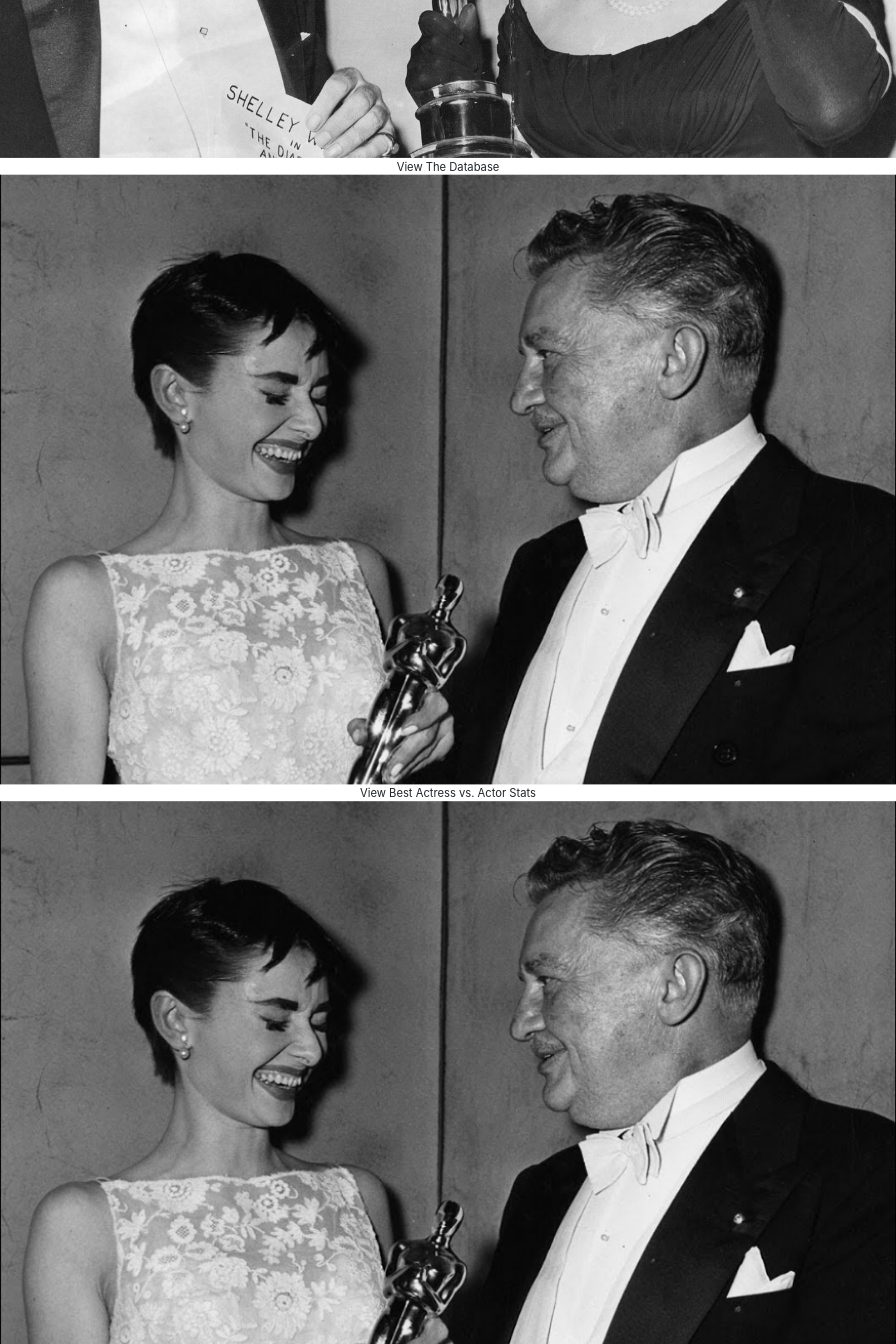
Repository: JackFino/Academy-Awards-Database
Page: html/index.html
The author's editor kept a record of every edit. The page is drawn from the files as they stood at one moment, then again after the next edit.
The browser window is 1280 px wide. The pictures show the part of the page from y = 601 to 2521 px (the page is 2640 px tall before and 2524 px after), at 70% of full size.

Above is the page before.

### html/index.html
<!DOCTYPE html>
<html lang="en">

<head>
    <meta charset="UTF-8">
    <meta name="viewport" content="width=device-width, initial-scale=1.0">
    <meta http-equiv="X-UA-Compatible" content="ie=edge">
    <title>Academy Awards Database Homepage </title>

    <link rel="stylesheet" href="../css/style.css" type="text/css" />
    <link rel="stylesheet" href="../plugs/bootstrap.min.css" type="text/css" />
    <link rel="stylesheet" href="../plugs/animate.css" type="text/css" />

</head>

<body style="background-color:#ffffff;text-align:center;">

    <nav class="navbar navbar-fixed-top navbar-expand-lg" id="navbar">
        <a href="#">  <img src="../logo.png" alt="Academy Awards Database Logo"> </a>
        <ul class="navbar-nav mr-auto">

            <li class="nav-item active">
                <a class="nav-link" href="#firstsection"> Database <span class="sr-only">(current)</span></a>
            </li>
            <li class="nav-item">
                <a class="nav-link" href="#secondsection"> Graphs </a>
            </li>
            <li class="nav-item">
                <a class="nav-link" href="#thirdsection">About</a>
            </li>
        </ul>
    </nav>

    <div class="database-container">
        <a="html/datapage.html"> <img src="../Database-pic.jpg" alt="View The Academy Awards Database" class="image" height="20%" width="100%">
            <div class="middle">
                <div class="text">View The Database</div>
            </div>
            </a>
    </div>
    </div>



    <div class="graphs-container">
        <a="html/graphs.html"> <img src="../ahow.jpg" alt="View Best Actress vs. Actor Graphs" class="image" height="20%" width="100%">
            <div class="middle">
                <div class="text">View Best Actress vs. Actor Stats</div>
            </div>
            </a>
    </div>



     <div class="about-container">
        <a="html/about.html"> <img src="../ahow.jpg" alt="View Best Actress vs. Actor Graphs" class="image" height="20%" width="100%">
            <div class="middle">
                <div class="text">About the Academy Awards Database</div>
            </div>
            </a>
    </div>




</body>

</html>

### css/style.css
@import url("https://fonts.googleapis.com/css?family=Quicksand:100,200,300,400,500,600,700|Exo:100,200,300,400,500,600,700");


/*----Navbar----*/

.navbar{
    border: .5px solid #dedede;
    border-radius: 2px;
    display: inline;
    margin: 0;
    overflow: hidden;
    width: 100%;
    height: 50%
    padding: 0;
    position: fixed;
    top: 0;
    -webkit-position: -webkit-fixed;
    -moz-position: fixed;
    -o-position: fixed;
    z-index: 3;
    background-color: #002142;
    ;

}



.mt-n1 {
  margin-top: -0.25rem !important;
}








/*---Datatable----*/


#nominees-table {

}


#instructions {
  text-align: center;
  font-size: larger;
}

Loaded but not shown: plugs/bootstrap.min.css (library); plugs/animate.css (library)

After the next edit:
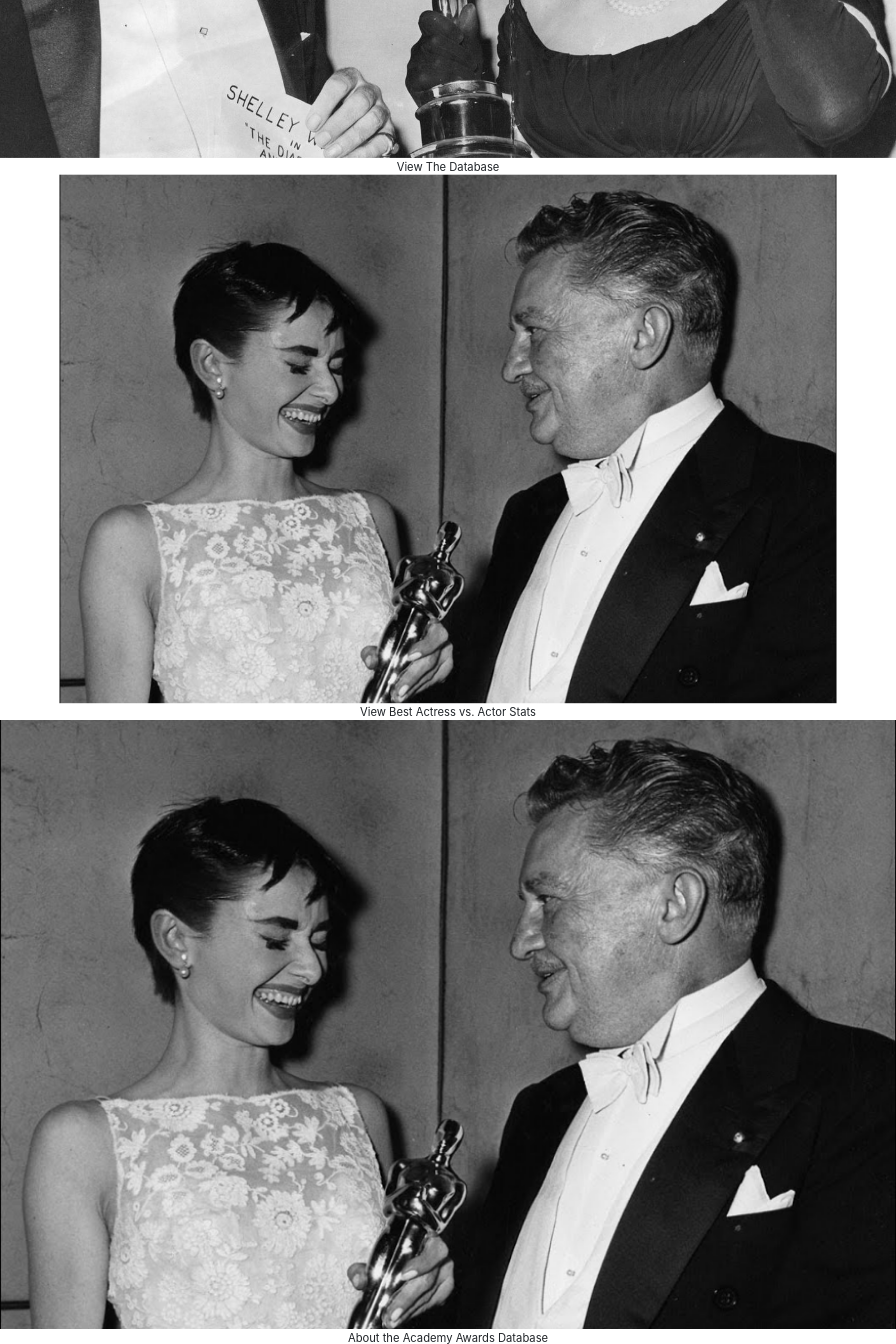
The edit:
--- a/html/index.html
+++ b/html/index.html
@@ -42,7 +42,7 @@
 
 
 
-    <div class="graphs-container">
+    <div class="graphs container">
         <a="html/graphs.html"> <img src="../ahow.jpg" alt="View Best Actress vs. Actor Graphs" class="image" height="20%" width="100%">
             <div class="middle">
                 <div class="text">View Best Actress vs. Actor Stats</div>
